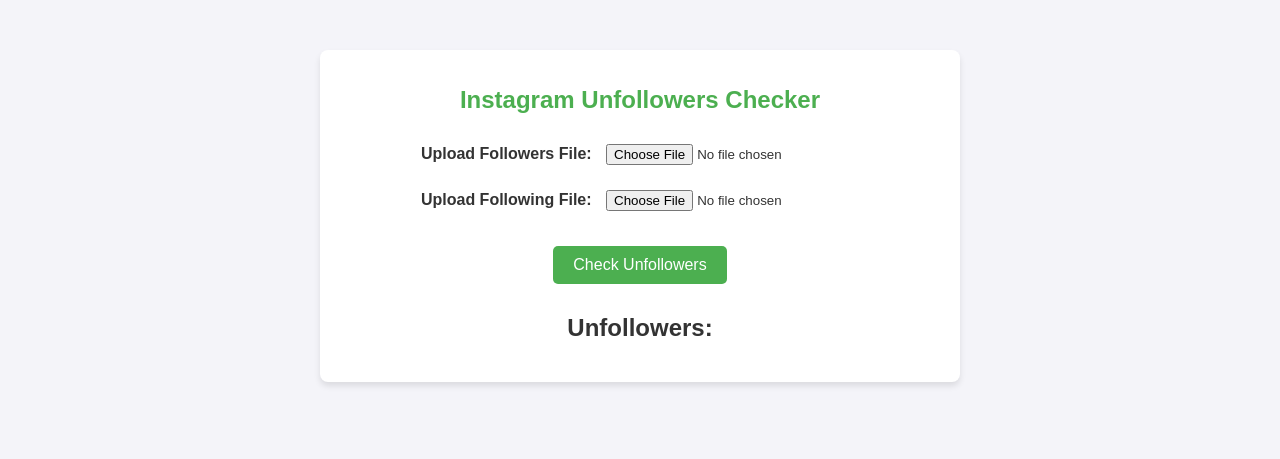
Repository: GiraldoNainggolan/IUC
Page: index.html
These files come from the project's save history. The page is drawn as it stood at one moment and after the next save; the edit follows.
The browser window is 1280 px wide. The pictures show the whole page.

Above is the page before, as saved 2025-01-22 15:20:11.

After the next save:
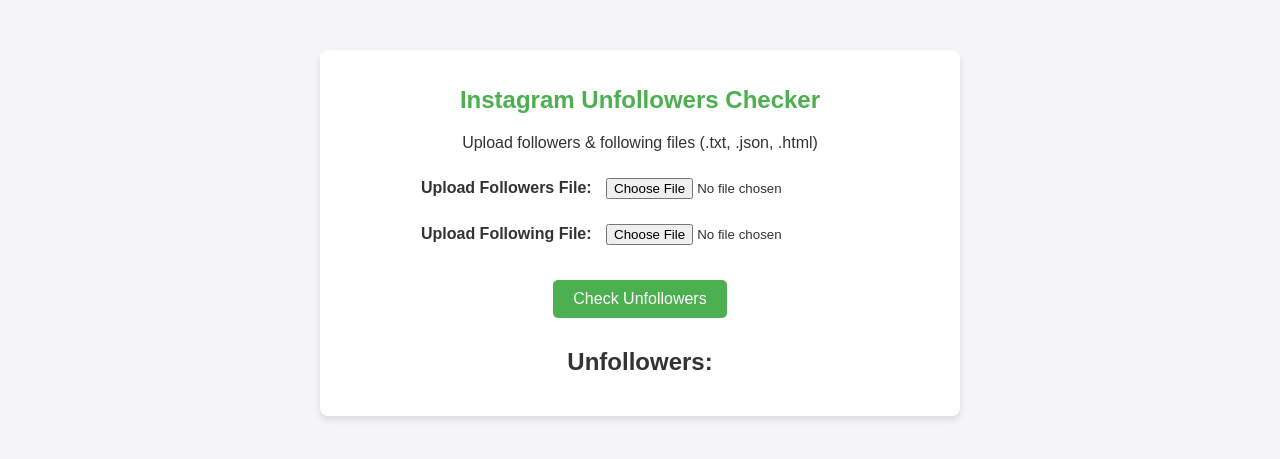
Saved 12 days later.
--- a/index.html
+++ b/index.html
@@ -9,15 +9,18 @@
 <body>
     <div class="container">
         <h1>Instagram Unfollowers Checker</h1>
+        <p>Upload followers & following files (.txt, .json, .html)</p>
+
         <div class="upload-section">
             <label for="followersFile">Upload Followers File:</label>
-            <input type="file" id="followersFile" accept=".txt">
+            <input type="file" id="followersFile" accept=".txt, .json, .html">
         </div>
         <div class="upload-section">
             <label for="followingFile">Upload Following File:</label>
-            <input type="file" id="followingFile" accept=".txt">
+            <input type="file" id="followingFile" accept=".txt, .json, .html">
         </div>
         <button id="checkUnfollowers">Check Unfollowers</button>
+
         <div id="result" class="result">
             <h2>Unfollowers:</h2>
             <ul id="unfollowersList"></ul>
